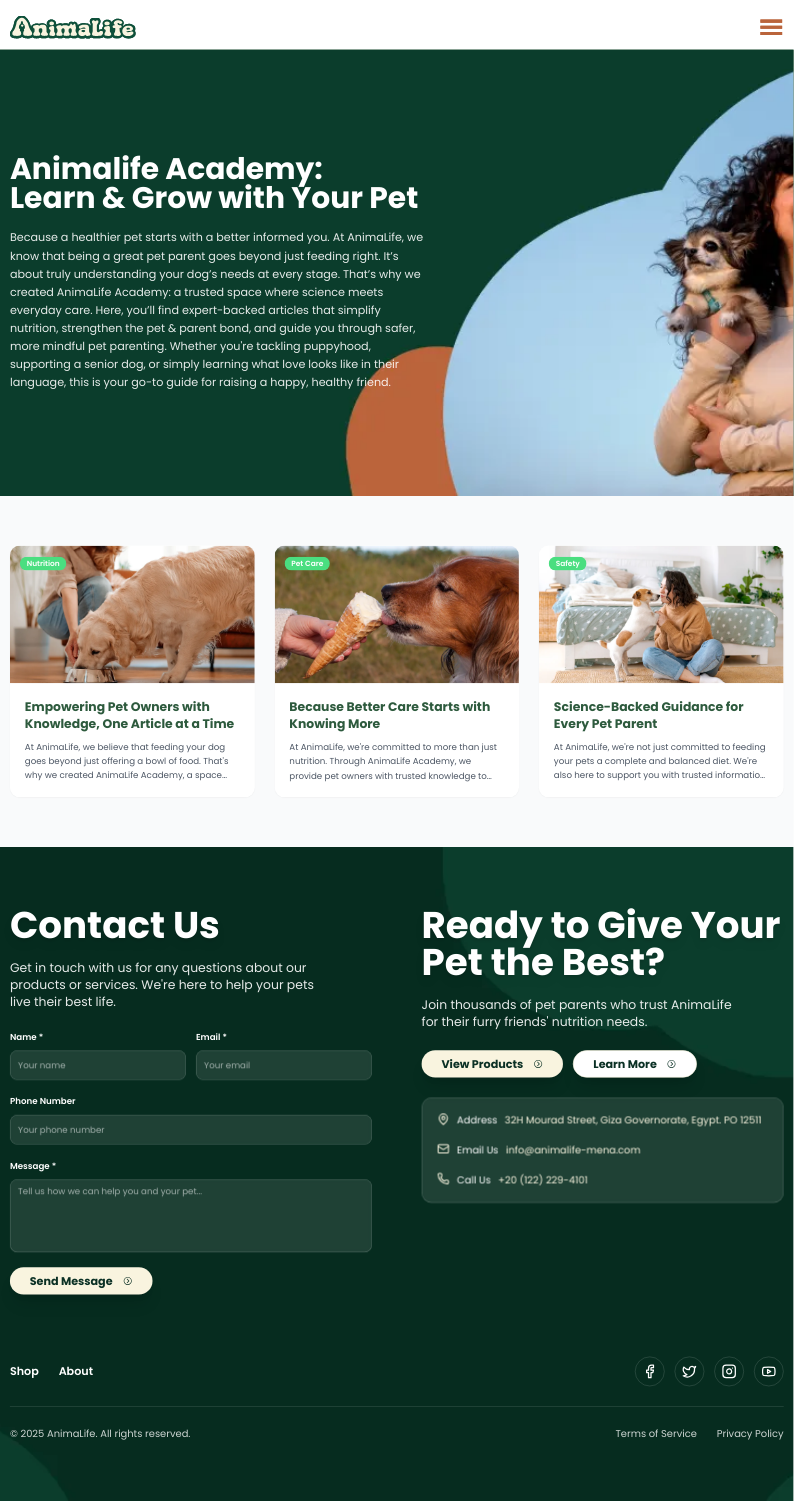
Repository: the-jupiteragency/animalife
Page: /academy
The author's editor kept a copy of each file at every save. The page is drawn from the files as they stood at one save, then again after the next save.
The browser window is 1280 px wide. The pictures show the whole page, at 62% of full size.
The project was rebuilt for these pictures with package versions that can differ from the ones it lists, and the page was loaded fresh each time. The framework's server and built-in components were replaced by stand-ins that run in the browser. Also part of the build but not shown: next.config.mjs.

Above is the page before, as saved 2025-08-05 09:32:07.

### app/layout.tsx
import type { Metadata, Viewport } from "next";
import "./globals.css";
import { Header } from "@/components/header";
import { Footer } from "@/components/footer";
import Script from "next/script";

export const metadata: Metadata = {
  metadataBase: new URL('https://animalife.vercel.app'),
  title: {
    default: "AnimaLife | Science-Driven Pet Nutrition & Wellness",
    template: "%s | AnimaLife"
  },
  description:
    "AnimaLife offers science-driven, complete, and balanced nutrition for pets. Discover products tailored to your pet's unique needs, expert advice, and a passionate community of animal lovers.",
  keywords: [
    "AnimaLife",
    "pet nutrition",
    "dog food",
    "cat food",
    "science-based pet care",
    "pet wellness",
    "healthy pets",
    "animal health",
    "pet products",
    "pet academy",
    "pet community",
    "premium pet food",
    "natural pet nutrition",
    "pet health supplements"
  ],
  authors: [{ name: "AnimaLife Team", url: "https://animalife.vercel.app" }],
  creator: "AnimaLife",
  publisher: "AnimaLife",
  formatDetection: {
    email: false,
    address: false,
    telephone: false,
  },
  category: 'Pet Care',
  classification: 'Pet Nutrition and Wellness',
  openGraph: {
    title: "AnimaLife | Science-Driven Pet Nutrition & Wellness",
    description:
      "AnimaLife offers science-driven, complete, and balanced nutrition for pets. Discover products tailored to your pet's unique needs, expert advice, and a passionate community of animal lovers.",
    url: "https://animalife.vercel.app",
    siteName: "AnimaLife",
    images: [
      {
        url: "/hero1.webp",
        width: 1200,
        height: 630,
        alt: "AnimaLife - Science-Driven Pet Nutrition",
      },
    ],
    locale: "en_US",
    type: "website",
  },
  twitter: {
    card: 'summary_large_image',
    title: 'AnimaLife | Science-Driven Pet Nutrition & Wellness',
    description: 'AnimaLife offers science-driven, complete, and balanced nutrition for pets. Discover products tailored to your pet\'s unique needs.',
    images: ['/hero1.webp'],
    creator: '@animalife',
    site: '@animalife'
  },
  robots: {
    index: true,
    follow: true,
    googleBot: {
      index: true,
      follow: true,
      'max-video-preview': -1,
      'max-image-preview': 'large',
      'max-snippet': -1,
    },
  },
  icons: {
    icon: [
      { url: '/favicon.ico' },
      { url: '/favicon.png', type: 'image/png' },
    ],
    shortcut: '/favicon.ico',
    apple: [
      { url: '/apple-touch-icon.png' },
      { url: '/apple-touch-icon-72x72.png', sizes: '72x72', type: 'image/png' },
      { url: '/apple-touch-icon-114x114.png', sizes: '114x114', type: 'image/png' },
    ],
  },
  manifest: '/site.webmanifest',
  alternates: {
    canonical: 'https://animalife.vercel.app',
  },
  verification: {
    google: 'your-google-verification-code',
    yandex: 'your-yandex-verification-code',
    yahoo: 'your-yahoo-verification-code',
  },
};

export const viewport: Viewport = {
  themeColor: "#1B4838",
};

const jsonLd = {
  '@context': 'https://schema.org',
  '@type': 'Organization',
  name: 'AnimaLife',
  url: 'https://animalife.vercel.app',
  logo: 'https://animalife.vercel.app/logo.svg',
  description: 'AnimaLife offers science-driven, complete, and balanced nutrition for pets.',
  contactPoint: {
    '@type': 'ContactPoint',
    contactType: 'Customer Service',
    availableLanguage: 'English'
  },
  sameAs: [
    'https://facebook.com/animalife',
    'https://twitter.com/animalife',
    'https://instagram.com/animalife'
  ],
  address: {
    '@type': 'PostalAddress',
    addressCountry: 'EG'
  }
};

export default function RootLayout({
  children,
}: Readonly<{
  children: React.ReactNode;
}>) {
  return (
    <html lang="en">
      <head>
        <link rel="preconnect" href="https://fonts.googleapis.com" />
        <link rel="preconnect" href="https://fonts.gstatic.com" crossOrigin="anonymous" />
        <link rel="dns-prefetch" href="https://fonts.googleapis.com" />
        <meta name="theme-color" content="#1B4838" />
        <meta name="msapplication-TileColor" content="#1B4838" />
        <meta name="apple-mobile-web-app-capable" content="yes" />
        <meta name="apple-mobile-web-app-status-bar-style" content="default" />
        <meta name="format-detection" content="telephone=no" />
        <Script
          id="json-ld"
          type="application/ld+json"
          dangerouslySetInnerHTML={{ __html: JSON.stringify(jsonLd) }}
        />
      </head>
      <body>
        <Header />
        {children}
        <Footer />
      </body>
    </html>
  );
}

### app/academy/page.tsx
"use client";

import { Card, CardContent } from "@/components/ui/card";
import { Badge } from "@/components/ui/badge";
import Image from "next/image";
import Link from "next/link";
import { Header } from "@/components/header";
import { AcademyPosts } from "@/app/data/academy-posts";

// Remove the hardcoded blogPosts array and use:
const blogPosts = AcademyPosts;

export default function AcademyPage() {
  return (
    <div className="min-h-screen bg-white">
      {/* Header */}
      <Header />
      {/* Add top padding to account for fixed header */}
      <div className="pt-20">
        {/* Hero Banner Section */}
        <section className="relative h-screen bg-[#2d5a3d] overflow-hidden">
          <div className="absolute inset-0">
            <Image
              src="/academy-banner.webp"
              alt="Academy Banner"
              fill
              className="object-cover w-full h-full"
              priority
            />
          </div>
          <div className="relative z-10 container mx-auto px-4 h-full flex items-center">
            <div className="max-w-2xl">
              <h1 className="text-4xl md:text-5xl font-bold text-white mb-6">
                Animalife Academy:
                <br />
                Learn & Grow with Your Pet
              </h1>
              <p className="text-lg text-white/90 leading-relaxed">
                Because a healthier pet starts with a better informed you. At
                AnimaLife, we know that being a great pet parent goes beyond
                just feeding right. It’s about truly understanding your dog’s
                needs at every stage. That’s why we created AnimaLife Academy: a
                trusted space where science meets everyday care. Here, you’ll
                find expert-backed articles that simplify nutrition, strengthen
                the pet & parent bond, and guide you through safer, more mindful
                pet parenting. Whether you're tackling puppyhood, supporting a
                senior dog, or simply learning what love looks like in their
                language, this is your go-to guide for raising a happy, healthy
                friend.
              </p>
            </div>
          </div>
        </section>

        {/* Blog Posts Grid */}
        <section className="py-12 md:py-20 bg-gray-50">
          <div className="container mx-auto px-4">
            <div className="grid grid-cols-1 md:grid-cols-2 lg:grid-cols-3 gap-6 md:gap-8">
              {blogPosts.map((post) => (
                <Link key={post.id} href={`/academy/${post.id}`}>
                  <Card className="cursor-pointer transform transition-all duration-300 hover:scale-105 hover:shadow-xl bg-white border-0 rounded-2xl overflow-hidden group">
                    <CardContent className="p-0">
                      <div className="aspect-video relative overflow-hidden">
                        <Image
                          src={post.image || "/placeholder.svg"}
                          alt={post.title}
                          fill
                          className="object-cover w-full h-full group-hover:scale-105 transition-all duration-500"
                          sizes="(max-width: 768px) 100vw, (max-width: 1200px) 50vw, 33vw"
                        />
                        <div className="absolute top-4 left-4">
                          <Badge className="bg-[#4ade80] text-white hover:bg-[#22c55e] group-hover:scale-110 transition-transform duration-300">
                            {post.category}
                          </Badge>
                        </div>
                      </div>

                      <div className="p-4 md:p-6">
                        <h3 className="text-lg md:text-xl font-bold text-[#2d5a3d] mb-3 line-clamp-2 group-hover:text-[#1e3a2a] transition-colors duration-300">
                          {post.title}
                        </h3>
                        <p className="text-gray-600 text-sm leading-relaxed line-clamp-3 group-hover:text-gray-700 transition-colors duration-300">
                          {post.excerpt}
                        </p>
                      </div>
                    </CardContent>
                  </Card>
                </Link>
              ))}
            </div>
          </div>
        </section>
      </div>{" "}
      {/* Close pt-20 div */}
    </div>
  );
}

### components/header.tsx
"use client";

import { useState, useEffect } from "react";
import { Menu, X } from "lucide-react";
import { GiHamburgerMenu } from "react-icons/gi";
import { IoMdCloseCircle } from "react-icons/io";
import { Button } from "@/components/ui/button";
import Link from "next/link";
import Image from "next/image";

export function Header() {
  const [isMenuOpen, setIsMenuOpen] = useState(false);
  const [scrolled, setScrolled] = useState(false);

  useEffect(() => {
    const handleScroll = () => {
      setScrolled(window.scrollY > 10);
    };
    window.addEventListener("scroll", handleScroll);
    return () => window.removeEventListener("scroll", handleScroll);
  }, []);

  return (
    <header
      className={`fixed top-0 left-0 right-0 z-50 transition-colors duration-300 ${
        scrolled ? "bg-[#0A3D2C]" : "bg-transparent"
      }`}
    >
      <div className="container mx-auto px-4 py-4 md:py-6 flex items-center justify-between font-mono font-normal text-base bg-transparent text-[rgba(249,244,223,1)] flex-row">
        <Link
          href="/"
          className="text-white text-xl md:text-2xl font-bold hover:text-green-200 transition-colors"
        >
          <Image
            src="/logo.svg"
            alt="AnimaLife"
            width={120}
            height={120}
            priority
            style={{ width: "auto", height: "auto" }}
          />
        </Link>

        <div
          className="transition-all duration-300 hover:scale-110"
          onClick={() => setIsMenuOpen(!isMenuOpen)}
        >
          {isMenuOpen ? (
            <IoMdCloseCircle
              className={`h-10 w-10 ${scrolled ? "text-white" : "text-[#1B4838]"}`}
            />
          ) : (
            <GiHamburgerMenu
              className={`h-10 w-10 ${scrolled ? "text-white" : "md:text-[#BA643B]"}`}
            />
          )}
        </div>
      </div>

      {/* Menu Overlay */}
      {isMenuOpen && (
        <div className="fixed inset-0 z-50 bg-[#2d5a3d]">
          <div className="absolute top-4 right-4">
            <div
              className="text-white transition-all duration-300 hover:scale-110"
              onClick={() => setIsMenuOpen(false)}
            >
              <IoMdCloseCircle className="h-12 w-12" />
            </div>
          </div>

          <div className="flex items-center justify-center min-h-screen">
            <nav className="text-center space-y-8 md:space-y-12">
              <Link
                href="/"
                className="block text-white text-xl md:text-2xl font-medium hover:text-green-200 transition-colors"
                onClick={() => setIsMenuOpen(false)}
              >
                Home
              </Link>
              <Link
                href="/products"
                className="block text-white text-xl md:text-2xl font-medium hover:text-green-200 transition-colors"
                onClick={() => setIsMenuOpen(false)}
              >
                Our Products
              </Link>
              <Link
                href="/about"
                className="block text-white text-xl md:text-2xl font-medium hover:text-green-200 transition-colors"
                onClick={() => setIsMenuOpen(false)}
              >
                Discover AnimaLife
              </Link>
              <Link
                href="/academy"
                className="block text-white text-xl md:text-2xl font-medium hover:text-green-200 transition-colors"
                onClick={() => setIsMenuOpen(false)}
              >
                AnimaLife Academy
              </Link>
            </nav>
          </div>
        </div>
      )}
    </header>
  );
}

### components/ui/card.tsx
import * as React from "react"

import { cn } from "@/lib/utils"

const Card = React.forwardRef<
  HTMLDivElement,
  React.HTMLAttributes<HTMLDivElement>
>(({ className, ...props }, ref) => (
  <div
    ref={ref}
    className={cn(
      "rounded-lg border bg-card text-card-foreground shadow-sm",
      className
    )}
    {...props}
  />
))
Card.displayName = "Card"

const CardHeader = React.forwardRef<
  HTMLDivElement,
  React.HTMLAttributes<HTMLDivElement>
>(({ className, ...props }, ref) => (
  <div
    ref={ref}
    className={cn("flex flex-col space-y-1.5 p-6", className)}
    {...props}
  />
))
CardHeader.displayName = "CardHeader"

const CardTitle = React.forwardRef<
  HTMLDivElement,
  React.HTMLAttributes<HTMLDivElement>
>(({ className, ...props }, ref) => (
  <div
    ref={ref}
    className={cn(
      "text-2xl font-semibold leading-none tracking-tight",
      className
    )}
    {...props}
  />
))
CardTitle.displayName = "CardTitle"

const CardDescription = React.forwardRef<
  HTMLDivElement,
  React.HTMLAttributes<HTMLDivElement>
>(({ className, ...props }, ref) => (
  <div
    ref={ref}
    className={cn("text-sm text-muted-foreground", className)}
    {...props}
  />
))
CardDescription.displayName = "CardDescription"

const CardContent = React.forwardRef<
  HTMLDivElement,
  React.HTMLAttributes<HTMLDivElement>
>(({ className, ...props }, ref) => (
  <div ref={ref} className={cn("p-6 pt-0", className)} {...props} />
))
CardContent.displayName = "CardContent"

const CardFooter = React.forwardRef<
  HTMLDivElement,
  React.HTMLAttributes<HTMLDivElement>
>(({ className, ...props }, ref) => (
  <div
    ref={ref}
    className={cn("flex items-center p-6 pt-0", className)}
    {...props}
  />
))
CardFooter.displayName = "CardFooter"

export { Card, CardHeader, CardFooter, CardTitle, CardDescription, CardContent }

### components/ui/badge.tsx
import * as React from "react"
import { cva, type VariantProps } from "class-variance-authority"

import { cn } from "@/lib/utils"

const badgeVariants = cva(
  "inline-flex items-center rounded-full border px-2.5 py-0.5 text-xs font-semibold transition-colors focus:outline-none focus:ring-2 focus:ring-ring focus:ring-offset-2",
  {
    variants: {
      variant: {
        default:
          "border-transparent bg-primary text-primary-foreground hover:bg-primary/80",
        secondary:
          "border-transparent bg-secondary text-secondary-foreground hover:bg-secondary/80",
        destructive:
          "border-transparent bg-destructive text-destructive-foreground hover:bg-destructive/80",
        outline: "text-foreground",
      },
    },
    defaultVariants: {
      variant: "default",
    },
  }
)

export interface BadgeProps
  extends React.HTMLAttributes<HTMLDivElement>,
    VariantProps<typeof badgeVariants> {}

function Badge({ className, variant, ...props }: BadgeProps) {
  return (
    <div className={cn(badgeVariants({ variant }), className)} {...props} />
  )
}

export { Badge, badgeVariants }

### components/ui/button.tsx
import * as React from "react";
import { Slot } from "@radix-ui/react-slot";
import { cva, type VariantProps } from "class-variance-authority";

import { cn } from "@/lib/utils";

const buttonVariants = cva(
  "inline-flex items-center justify-center gap-2 whitespace-nowrap rounded-md text-sm font-medium ring-offset-background transition-colors focus-visible:outline-none focus-visible:ring-2 focus-visible:ring-ring focus-visible:ring-offset-2 disabled:pointer-events-none disabled:opacity-50 [&_svg]:pointer-events-none [&_svg]:size-4 [&_svg]:shrink-0",
  {
    variants: {
      variant: {
        default: "bg-primary text-primary-foreground hover:bg-primary/90",
        destructive:
          "bg-destructive text-destructive-foreground hover:bg-destructive/90",
        outline:
          "border border-input bg-background hover:bg-accent hover:text-accent-foreground",
        secondary:
          "bg-secondary text-secondary-foreground hover:bg-secondary/80",
        ghost: "hover:bg-accent hover:text-accent-foreground",
        link: "text-primary underline-offset-4 hover:underline",
        icon: "bg-transparent",
        hover:
          "bg-[#F9F4DF] text-[#0A3024] hover:bg-[#A7552E] hover:text-white",
      },
      size: {
        default: "h-10 px-4 py-2",
        sm: "h-9 rounded-md px-3",
        lg: "h-11 rounded-md px-8",
        icon: "h-10 w-10",
      },
    },
    defaultVariants: {
      variant: "default",
      size: "default",
    },
  }
);

export interface ButtonProps
  extends React.ButtonHTMLAttributes<HTMLButtonElement>,
    VariantProps<typeof buttonVariants> {
  asChild?: boolean;
}

const Button = React.forwardRef<HTMLButtonElement, ButtonProps>(
  ({ className, variant, size, asChild = false, ...props }, ref) => {
    const Comp = asChild ? Slot : "button";
    return (
      <Comp
        className={cn(buttonVariants({ variant, size, className }))}
        ref={ref}
        {...props}
      />
    );
  }
);
Button.displayName = "Button";

export { Button, buttonVariants };

### components/ui/input.tsx
import * as React from "react"

import { cn } from "@/lib/utils"

const Input = React.forwardRef<HTMLInputElement, React.ComponentProps<"input">>(
  ({ className, type, ...props }, ref) => {
    return (
      <input
        type={type}
        className={cn(
          "flex h-10 w-full rounded-md border border-input bg-background px-3 py-2 text-base ring-offset-background file:border-0 file:bg-transparent file:text-sm file:font-medium file:text-foreground placeholder:text-muted-foreground focus-visible:outline-none focus-visible:ring-2 focus-visible:ring-ring focus-visible:ring-offset-2 disabled:cursor-not-allowed disabled:opacity-50 md:text-sm",
          className
        )}
        ref={ref}
        {...props}
      />
    )
  }
)
Input.displayName = "Input"

export { Input }

### tailwind.config.ts
import type { Config } from "tailwindcss";

const config: Config = {
  darkMode: ["class"],
  content: [
    "./pages/**/*.{js,ts,jsx,tsx,mdx}",
    "./components/**/*.{js,ts,jsx,tsx,mdx}",
    "./app/**/*.{js,ts,jsx,tsx,mdx}",
    "*.{js,ts,jsx,tsx,mdx}",
  ],
  theme: {
    extend: {
      colors: {
        background: "hsl(var(--background))",
        foreground: "hsl(var(--foreground))",
        card: {
          DEFAULT: "hsl(var(--card))",
          foreground: "hsl(var(--card-foreground))",
        },
        popover: {
          DEFAULT: "hsl(var(--popover))",
          foreground: "hsl(var(--popover-foreground))",
        },
        primary: {
          DEFAULT: "hsl(var(--primary))",
          foreground: "hsl(var(--primary-foreground))",
        },
        secondary: {
          DEFAULT: "hsl(var(--secondary))",
          foreground: "hsl(var(--secondary-foreground))",
        },
        muted: {
          DEFAULT: "hsl(var(--muted))",
          foreground: "hsl(var(--muted-foreground))",
        },
        accent: {
          DEFAULT: "hsl(var(--accent))",
          foreground: "hsl(var(--accent-foreground))",
        },
        destructive: {
          DEFAULT: "hsl(var(--destructive))",
          foreground: "hsl(var(--destructive-foreground))",
        },
        border: "hsl(var(--border))",
        input: "hsl(var(--input))",
        ring: "hsl(var(--ring))",
        chart: {
          "1": "hsl(var(--chart-1))",
          "2": "hsl(var(--chart-2))",
          "3": "hsl(var(--chart-3))",
          "4": "hsl(var(--chart-4))",
          "5": "hsl(var(--chart-5))",
        },
        sidebar: {
          DEFAULT: "hsl(var(--sidebar-background))",
          foreground: "hsl(var(--sidebar-foreground))",
          primary: "hsl(var(--sidebar-primary))",
          "primary-foreground": "hsl(var(--sidebar-primary-foreground))",
          accent: "hsl(var(--sidebar-accent))",
          "accent-foreground": "hsl(var(--sidebar-accent-foreground))",
          border: "hsl(var(--sidebar-border))",
          ring: "hsl(var(--sidebar-ring))",
        },
      },
      borderRadius: {
        lg: "var(--radius)",
        md: "calc(var(--radius) - 2px)",
        sm: "calc(var(--radius) - 4px)",
      },
      fontFamily: {
        sans: [
          'Poppins',
          '-apple-system',
          'BlinkMacSystemFont',
          'Segoe UI',
          'Roboto',
          'Oxygen',
          'Ubuntu',
          'Cantarell',
          'Fira Sans',
          'Droid Sans',
          'Helvetica Neue',
          'sans-serif'
        ],
        headline: [
          'Co Headline',
          'Poppins',
          '-apple-system',
          'BlinkMacSystemFont',
          'Segoe UI',
          'sans-serif'
        ],
      },
      keyframes: {
        "accordion-down": {
          from: {
            height: "0",
          },
          to: {
            height: "var(--radix-accordion-content-height)",
          },
        },
        "accordion-up": {
          from: {
            height: "var(--radix-accordion-content-height)",
          },
          to: {
            height: "0",
          },
        },
      },
      animation: {
        "accordion-down": "accordion-down 0.2s ease-out",
        "accordion-up": "accordion-up 0.2s ease-out",
      },
    },
  },
  plugins: [require("tailwindcss-animate")],
};
export default config;

Loaded but not shown: components/ui/textarea.tsx (common file); lib/utils.ts (common file); components/footer.tsx (439 lines, source omitted); app/data/academy-posts.ts (242 lines, source omitted); app/globals.css (185 lines, source omitted)

After the next save:
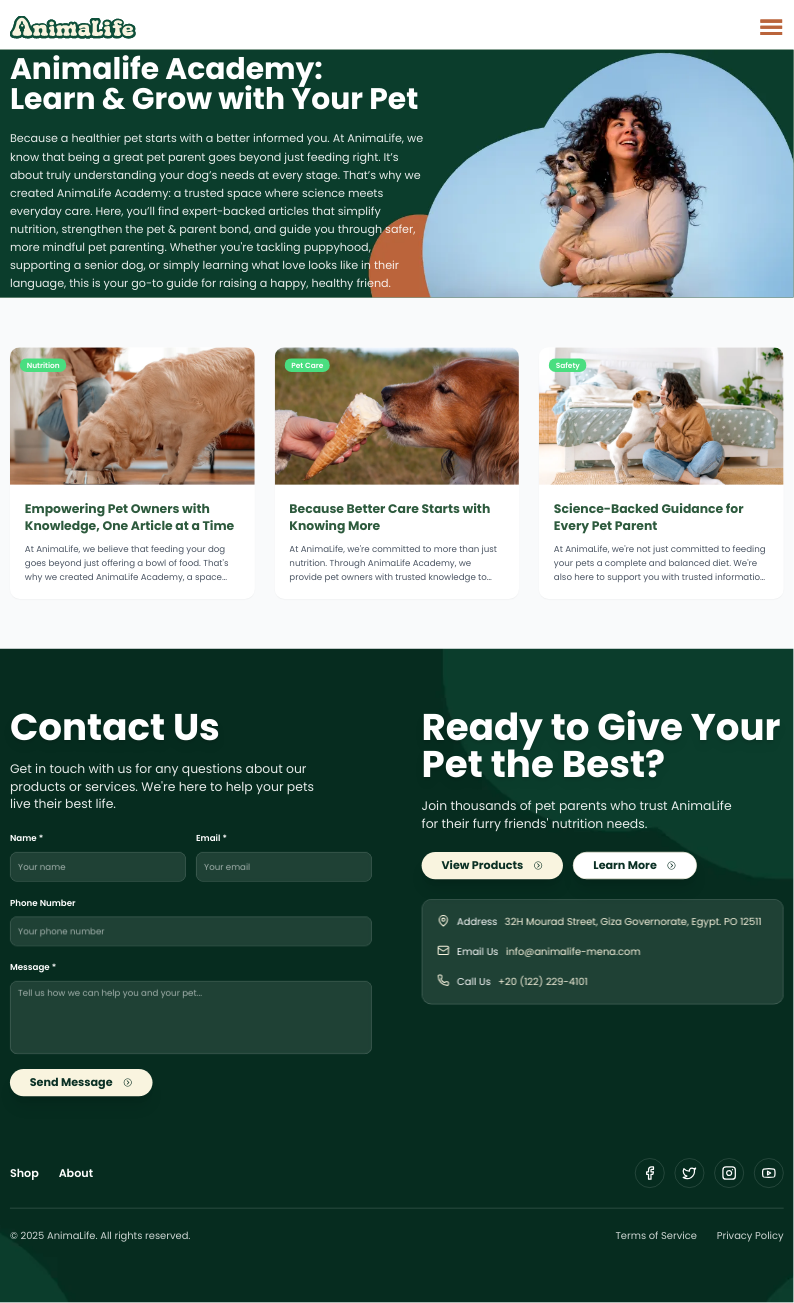
Saved 10 s later.
--- a/app/academy/page.tsx
+++ b/app/academy/page.tsx
@@ -18,7 +18,7 @@
       {/* Add top padding to account for fixed header */}
       <div className="pt-20">
         {/* Hero Banner Section */}
-        <section className="relative h-screen bg-[#2d5a3d] overflow-hidden">
+        <section className="relative h-[400px] bg-[#2d5a3d] overflow-hidden">
           <div className="absolute inset-0">
             <Image
               src="/academy-banner.webp"
